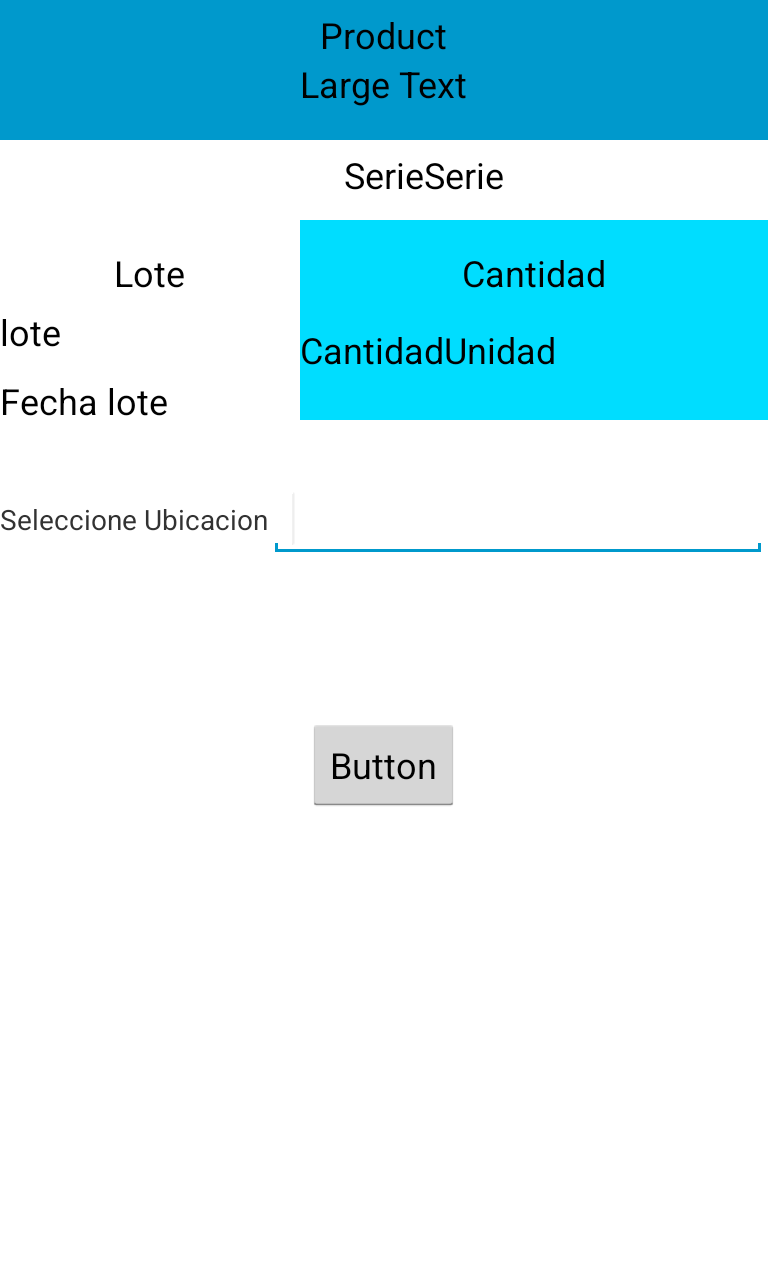
Repository: moynard/PeanutAndroid
Layout: WHSStorekeeper/res/layout/detail_picklist.xml
These files come from the project's save history. The layout is drawn as it stood at one moment and after the next save; the edit follows.
It is drawn on a 768 x 1280 px phone screen (xhdpi) without system bars, with theme AppTheme; the app's code is not run.

Above is the layout before, as saved 2013-07-24 04:33:41.

### WHSStorekeeper/res/layout/detail_picklist.xml
<?xml version="1.0" encoding="utf-8"?>
<RelativeLayout xmlns:android="http://schemas.android.com/apk/res/android"
    android:layout_width="match_parent"
    android:layout_height="match_parent"
    android:orientation="vertical" >

    <RelativeLayout
        android:id="@+id/relativeLayout1"
        android:layout_width="fill_parent"
        android:layout_height="70dp"
        android:layout_alignParentLeft="true"
        android:layout_alignParentTop="true"
        android:background="@android:color/holo_blue_dark" >

        <TextView
            android:id="@+id/lblProducto"
            android:layout_width="wrap_content"
            android:layout_height="wrap_content"
            android:layout_alignParentTop="true"
            android:layout_centerHorizontal="true"
            android:layout_marginTop="5dp"
            android:text="Product"
            android:textAppearance="?android:attr/textAppearanceMedium" />

        <TextView
            android:id="@+id/txtProducto"
            android:layout_width="wrap_content"
            android:layout_height="wrap_content"
            android:layout_below="@+id/lblProducto"
            android:layout_centerHorizontal="true"

            android:text="Large Text"
            android:textAppearance="?android:attr/textAppearanceMedium" />
    </RelativeLayout>

    <RelativeLayout
        android:id="@+id/layoutdetail"
        android:layout_width="fill_parent"
        android:layout_height="fill_parent"
        android:layout_below="@+id/relativeLayout1"
        >

        <RelativeLayout
            android:id="@+id/layoutSerie"
            android:layout_width="fill_parent"
            android:layout_height="40dp"
            android:layout_alignParentTop="true"
            >

              <TextView
            android:id="@+id/lblserie"
            android:layout_width="wrap_content"
            android:layout_height="wrap_content"
            android:layout_centerHorizontal="true"
            android:layout_marginTop="5dp"
            android:text="Serie"
            android:textAppearance="?android:attr/textAppearanceMedium" />
                <TextView
            android:id="@+id/txtSerie"
            android:layout_width="wrap_content"
            android:layout_height="wrap_content"
          	android:layout_toRightOf="@+id/lblserie"
            android:layout_marginTop="5dp"
            android:text="Serie"
            android:textAppearance="?android:attr/textAppearanceMedium" />
        </RelativeLayout>

        <RelativeLayout
            android:id="@+id/layoutCantidad"
            android:layout_toRightOf="@+id/layoutLote"
            android:layout_below="@+id/layoutSerie"
            android:layout_width="150dp"
            android:layout_height="100dp"
            android:layout_alignParentRight="true"
          	android:background="@android:color/holo_blue_bright"
          >

            <TextView
                android:id="@+id/lblCantidad"
                android:layout_width="wrap_content"
                android:layout_height="wrap_content"
                android:layout_alignParentTop="true"
                android:layout_centerHorizontal="true"
                android:layout_marginTop="14dp"
                android:text="Cantidad"
                android:textAppearance="?android:attr/textAppearanceMedium" />
            <TextView
                android:id="@+id/txtCantidad"
                android:layout_width="wrap_content"
                android:layout_height="wrap_content"
                android:layout_below="@+id/lblCantidad"
                android:layout_marginTop="14dp"
                android:text="Cantidad"
                android:textAppearance="?android:attr/textAppearanceMedium" />
            <TextView
                android:id="@+id/txtUnidad"
                android:layout_width="wrap_content"
                android:layout_height="wrap_content"
                android:layout_below="@+id/lblCantidad"
                android:layout_toRightOf="@+id/txtCantidad"
                android:layout_marginTop="14dp"
                android:text="Unidad"
                android:textAppearance="?android:attr/textAppearanceMedium" />

        </RelativeLayout>

        <RelativeLayout
            android:id="@+id/layoutLote"
            android:layout_below="@+id/layoutSerie"

            android:layout_width="150dp"
            android:layout_height="100dp"
            android:layout_alignParentLeft="true"
          >
             <TextView
                android:id="@+id/lbLote"
                android:layout_width="wrap_content"
                android:layout_height="wrap_content"
                android:layout_alignParentTop="true"
                android:layout_centerHorizontal="true"
                android:layout_marginTop="14dp"
                android:text="Lote"
                android:textAppearance="?android:attr/textAppearanceMedium" />
            <TextView
                android:id="@+id/txtlote"
                android:layout_width="wrap_content"
                android:layout_height="wrap_content"
                android:layout_below="@+id/lbLote"
                android:layout_marginTop="5dp"
                android:text="lote"
                android:textAppearance="?android:attr/textAppearanceMedium" />
             <TextView
                android:id="@+id/txtFecalote"
                android:layout_width="wrap_content"
                android:layout_height="wrap_content"
                android:layout_below="@+id/txtlote"
                android:layout_marginTop="10dp"
                android:text="Fecha lote"
                android:textAppearance="?android:attr/textAppearanceMedium" />

        </RelativeLayout>

        <RelativeLayout
            android:id="@+id/layoutinfo"
            android:layout_width="fill_parent"
            android:layout_height="fill_parent"

            android:layout_below="@+id/layoutLote"

             >





             <RelativeLayout
                 android:id="@+id/layoutAutocomplete"
                 android:layout_width="fill_parent"
                 android:layout_height="fill_parent"
                  android:layout_alignParentLeft="true"
                 android:layout_alignParentTop="true"
                 android:layout_marginTop="30dp"
                 >

                 <TextView
                     android:id="@+id/lblUbicacion"
                     android:layout_width="wrap_content"
                     android:layout_height="wrap_content"
                      android:layout_alignParentLeft="true"
					android:layout_marginTop="10dp"
                     android:text="Seleccione Ubicacion"

                      />

                  <AutoCompleteTextView
                 android:id="@+id/autocomplete"
                 android:layout_width="fill_parent"
                 android:layout_height="wrap_content"

                android:layout_toRightOf="@+id/lblUbicacion"
                 android:ems="10"
                 android:singleLine="true" >
                 <requestFocus />
             </AutoCompleteTextView>

                  <Button
                      android:id="@+id/sendUbicacion"
                      android:layout_width="wrap_content"
                      android:layout_height="wrap_content"
                      android:layout_below="@+id/autocomplete"
                      android:layout_centerHorizontal="true"
                      android:layout_marginTop="79dp"
                      android:text="Button" />

             </RelativeLayout>

        </RelativeLayout>

    </RelativeLayout>

</RelativeLayout>

Loaded but not shown: WHSStorekeeper/res/values/styles.xml (common file); WHSStorekeeper/res/values-v11/styles.xml (common file); WHSStorekeeper/res/values-v14/styles.xml (common file)

After the next save:
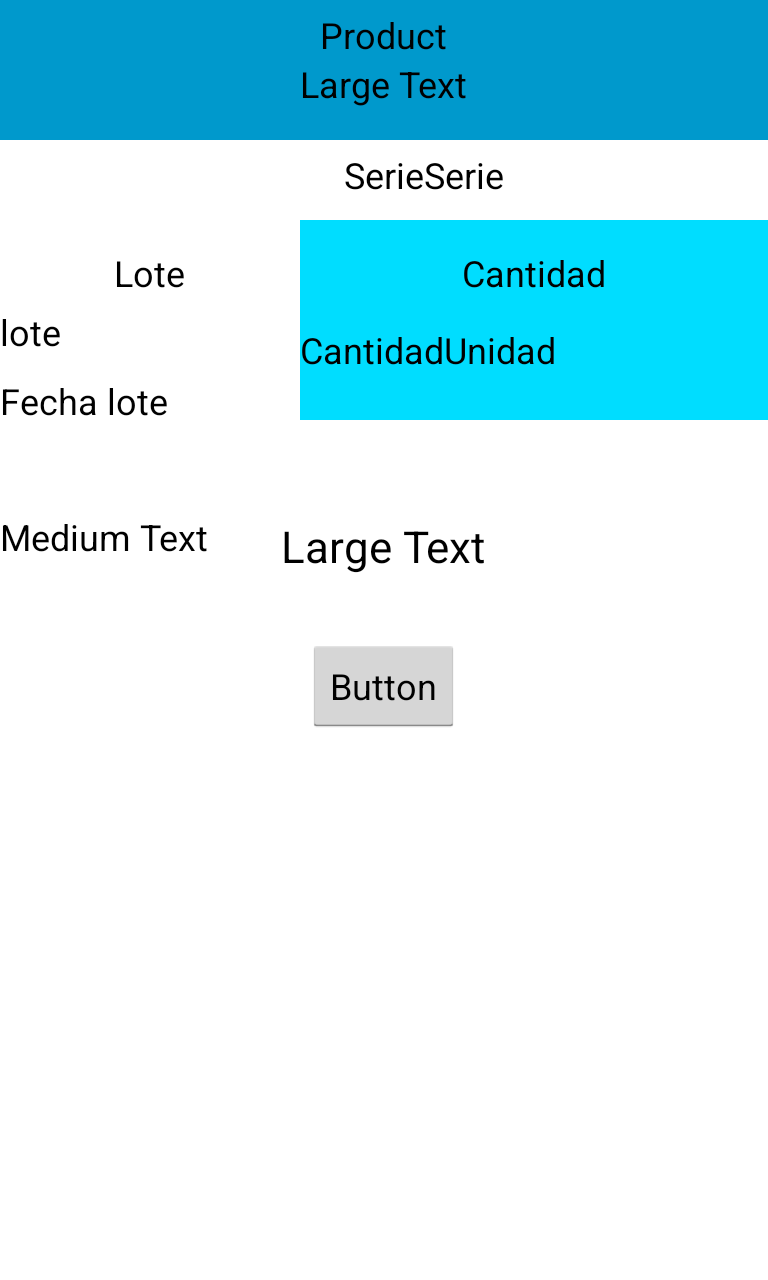
Saved 28 min 28 s later.
--- a/WHSStorekeeper/res/layout/detail_picklist.xml
+++ b/WHSStorekeeper/res/layout/detail_picklist.xml
@@ -162,35 +162,33 @@
                  android:layout_marginTop="30dp"
                  >
 
-                 <TextView
-                     android:id="@+id/lblUbicacion"
-                     android:layout_width="wrap_content"
-                     android:layout_height="wrap_content"
-                      android:layout_alignParentLeft="true"
-					android:layout_marginTop="10dp"
-                     android:text="Seleccione Ubicacion"
-
-                      />
-
-                  <AutoCompleteTextView
-                 android:id="@+id/autocomplete"
-                 android:layout_width="fill_parent"
-                 android:layout_height="wrap_content"
-
-                android:layout_toRightOf="@+id/lblUbicacion"
-                 android:ems="10"
-                 android:singleLine="true" >
-                 <requestFocus />
-             </AutoCompleteTextView>
-
                   <Button
                       android:id="@+id/sendUbicacion"
                       android:layout_width="wrap_content"
                       android:layout_height="wrap_content"
-                      android:layout_below="@+id/autocomplete"
                       android:layout_centerHorizontal="true"
                       android:layout_marginTop="79dp"
                       android:text="Button" />
+
+                  <TextView
+                      android:id="@+id/lblUbicacion"
+                      android:layout_width="wrap_content"
+                      android:layout_height="wrap_content"
+                      android:layout_alignParentTop="true"
+                      android:layout_centerHorizontal="true"
+                      android:layout_marginTop="18dp"
+                      android:text="Large Text"
+                      android:textAppearance="?android:attr/textAppearanceLarge" />
+
+                  <TextView
+                      android:id="@+id/txtUbicacion"
+                      android:layout_width="wrap_content"
+                      android:layout_height="wrap_content"
+                      android:layout_alignLeft="@+id/textView1"
+                      android:layout_below="@+id/textView1"
+                      android:layout_marginTop="16dp"
+                      android:text="Medium Text"
+                      android:textAppearance="?android:attr/textAppearanceMedium" />
 
              </RelativeLayout>
 
